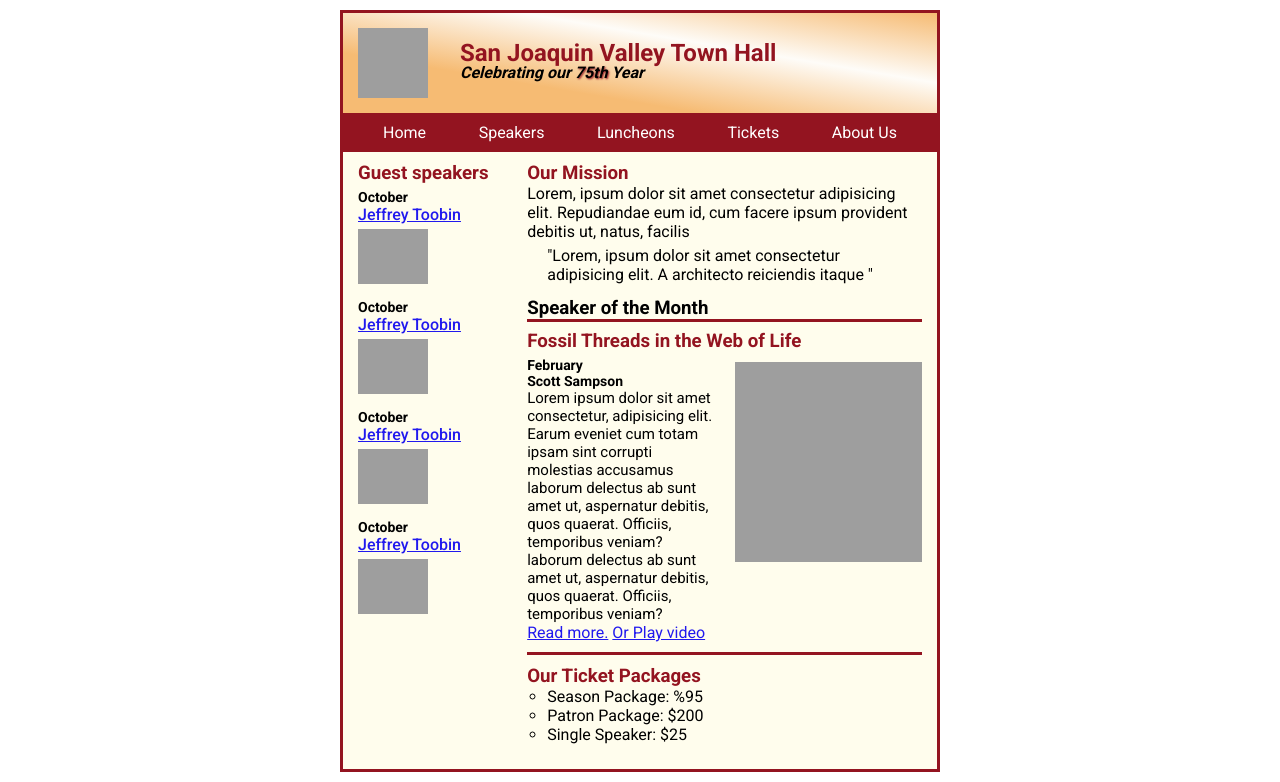
Repository: Mannj-nef/ex-5-6-7-8_IvVettech
Page: index.html
An editor plug-in stored every save of this project. The page is shown before and after the next save, followed by the edit.
The browser window is 1280 px wide. The pictures show the whole page.
Pictures or frames that could not be fetched are drawn as grey boxes.

Above is the page before, as saved 2022-03-24 23:12:34.

After the next save:
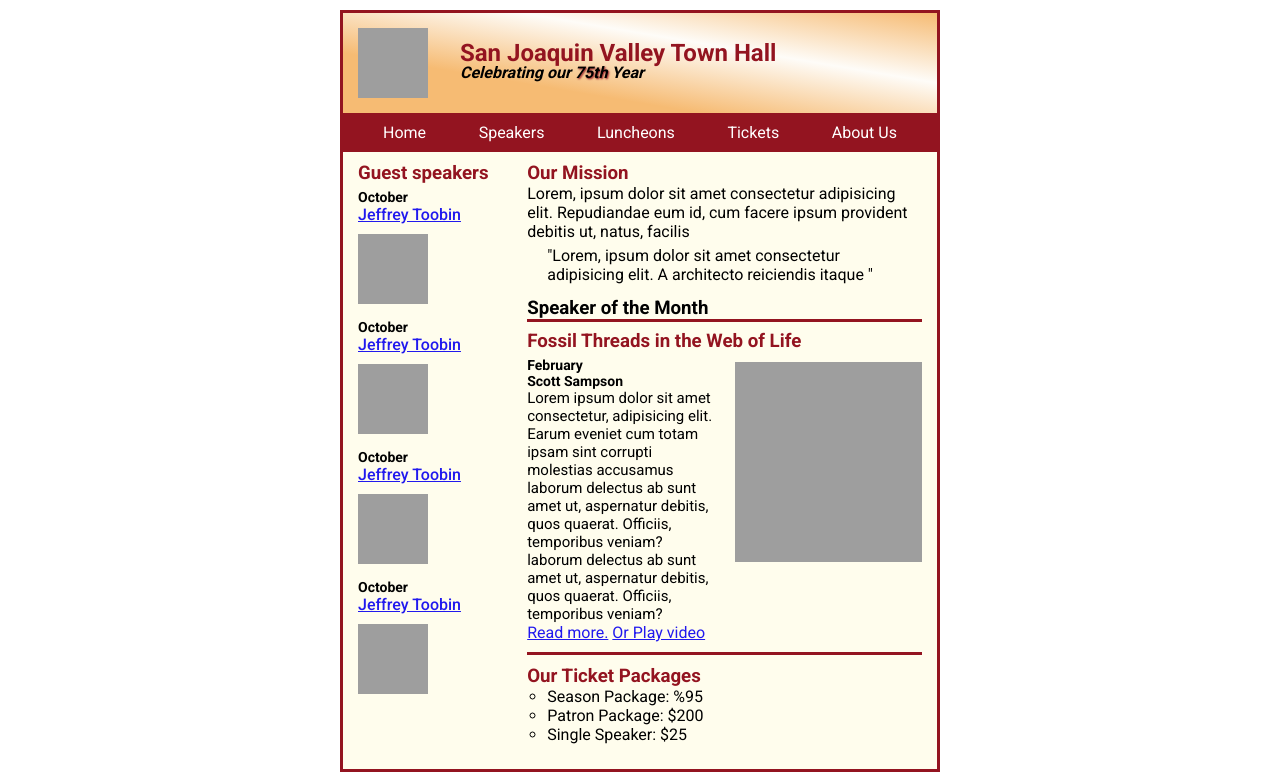
Saved 70 s later.
--- a/Asset/style.css
+++ b/Asset/style.css
@@ -106,8 +106,7 @@ html {
   width: var(--size);
   height: var(--size);
   display: flex;
-  padding-top: 5px;
-  padding-bottom: 10px;
+  margin: 10px 0 15px;
 }
 .content-left__member-avata {
   width: 100%;
